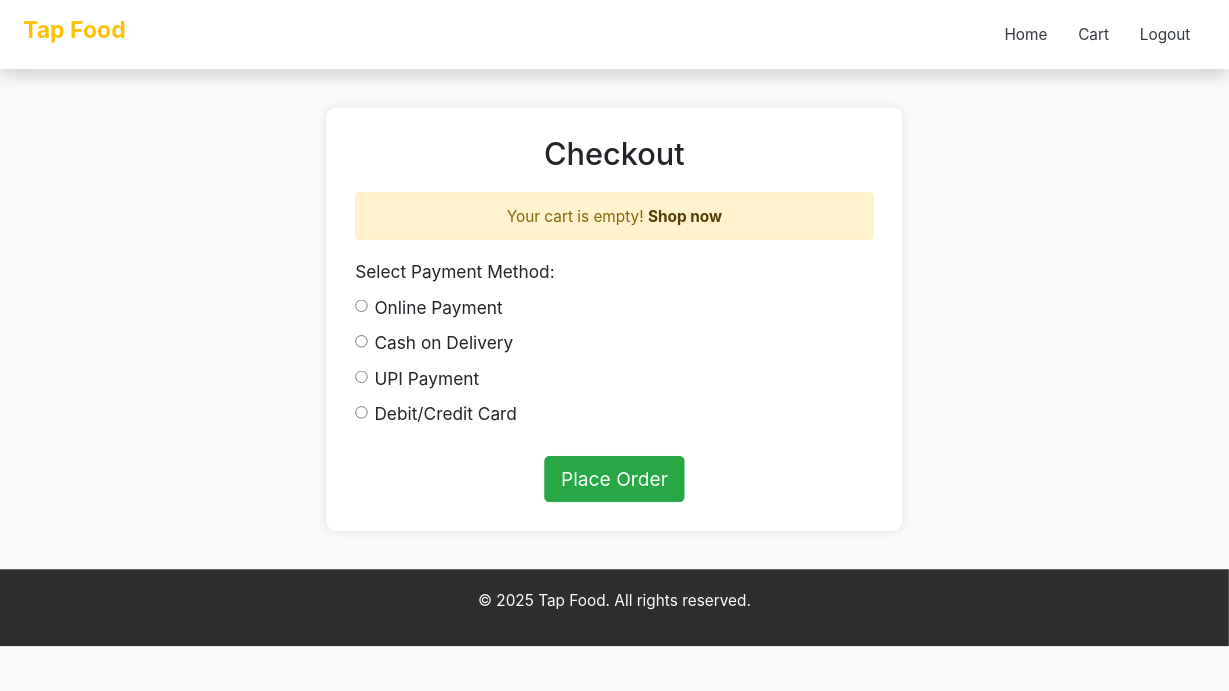
Repository: Rupeswarbhainsa777/Food-Web-App
Page: http://localhost/TapFoodApp/CheckOut.jsp
The author's editor kept a copy of each file at every save. The page is drawn from the files as they stood at one save, then again after the next save.
The browser window is 1280 px wide. The pictures show the whole page, at 96% of full size.
The page is served by Tomcat 10.

Above is the page before, as saved 2025-04-27 21:31:50.

After the next save:
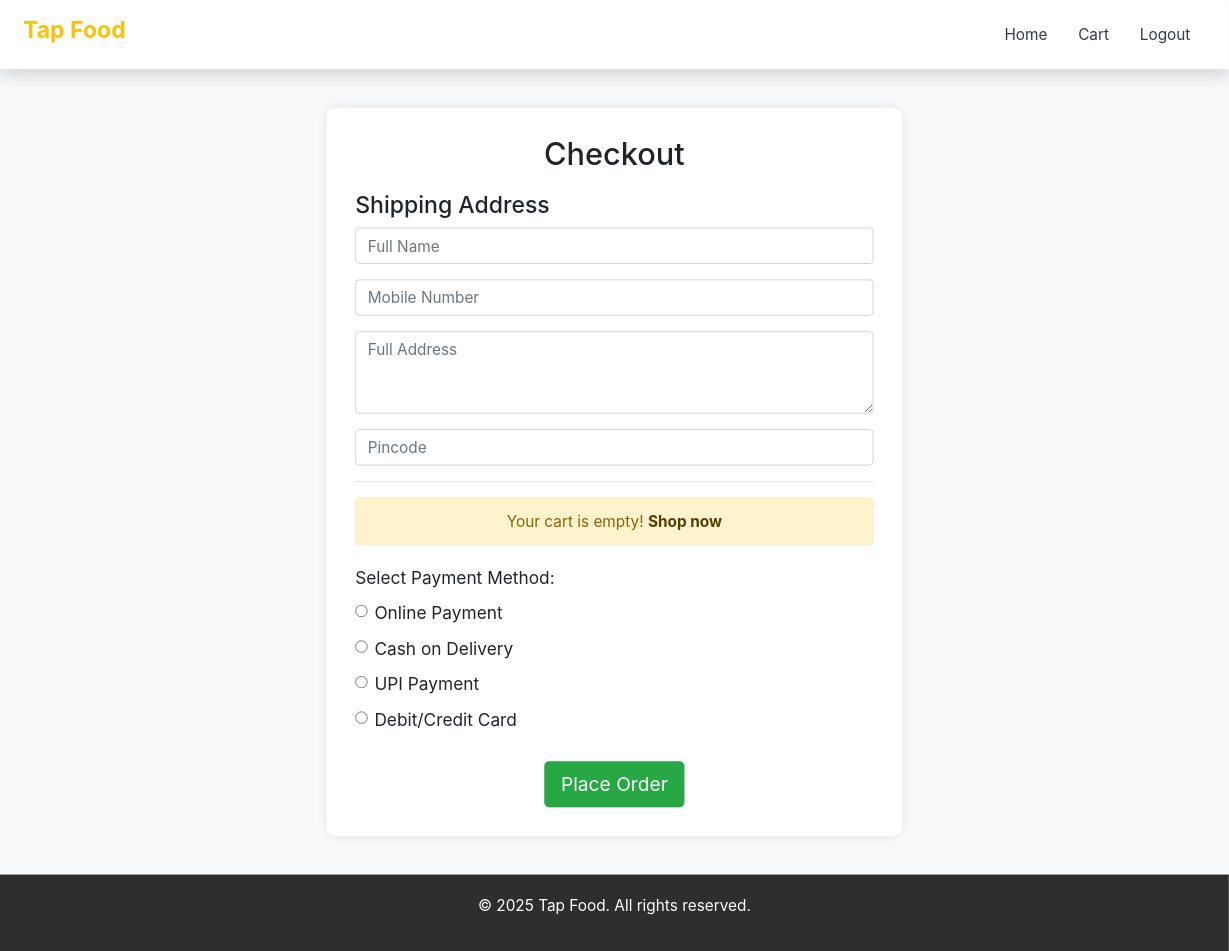
Saved 6 min 10 s later.
--- a/TapFoodApp/src/main/webapp/CheckOut.jsp
+++ b/TapFoodApp/src/main/webapp/CheckOut.jsp
@@ -65,6 +65,27 @@ h2 {
     <h2 class="text-center">Checkout</h2>
 
     <form action="OrderServlet" method="post">
+
+        <!-- Address Section -->
+        <h4>Shipping Address</h4>
+
+        <div class="form-group">
+            <input type="text" class="form-control" name="fullName" placeholder="Full Name" required>
+        </div>
+
+        <div class="form-group">
+            <input type="text" class="form-control" name="mobileNumber" placeholder="Mobile Number" required>
+        </div>
+
+        <div class="form-group">
+            <textarea class="form-control" name="fullAddress" rows="3" placeholder="Full Address" required></textarea>
+        </div>
+
+        <div class="form-group">
+            <input type="text" class="form-control" name="pincode" placeholder="Pincode" required>
+        </div>
+
+        <hr>
 
         <!-- Total Amount -->
         <%
